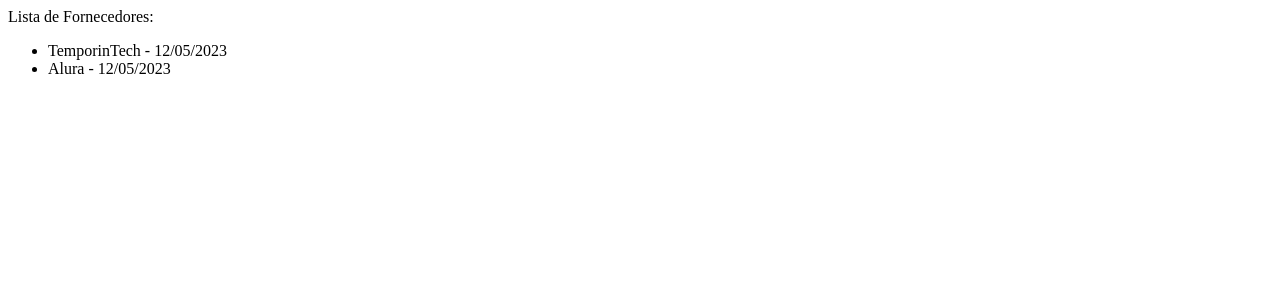
Repository: CauaneTemporin/API_CRUD_JAVA_Servlet_JSP
Page: http://localhost/gerenciador/listaEmpresas
An editor plug-in stored every save of this project. The page is shown before and after the next save, followed by the edit.
The browser window is 1280 px wide. The pictures show the whole page.
The page is served by Tomcat 9. Other server files are loaded and not shown.

Above is the page before, as saved 2023-05-15 01:32:18.

### gerenciador/src/main/webapp/ListaFornecedores.jsp
	<%@ page language="java" contentType="text/html; charset=ISO-8859-1"
		pageEncoding="ISO-8859-1"%>
	<%@ page import= "java.util.List, com.temporintech.gerenciador.servlet.Fornecedor"%>
	<%@ taglib uri="http://java.sun.com/jsp/jstl/core" prefix="c" %>
	<%@ taglib uri="http://java.sun.com/jsp/jstl/fmt" prefix="fmt" %>

	<!DOCTYPE html>
	<html>
		<head>
			<meta charset="ISO-8859-1">
			<title>Lista de Fornecedores</title>
		</head>

		<body>
			Lista de Fornecedores: </br>

			 <ul>
	        <c:forEach items="${fornecedores}" var="fornecedor">
				<li>${fornecedor.nome_fornecedor} - <fmt:formatDate value="${fornecedor.dataAbertura}" pattern="dd/MM/yyyy"/> </li>
	        </c:forEach>
	    </ul>

	    </body>
	</html>

### gerenciador/src/main/java/com/temporintech/gerenciador/servlet/ListaEmpresasServelet.java
  package com.temporintech.gerenciador.servlet;

import java.io.IOException;
import java.util.List;

import javax.servlet.RequestDispatcher;
import javax.servlet.ServletException;
import javax.servlet.annotation.WebServlet;
import javax.servlet.http.HttpServlet;
import javax.servlet.http.HttpServletRequest;
import javax.servlet.http.HttpServletResponse;

//Servlet implementation class ListaEmpresasServelet
@WebServlet("/listaEmpresas")
public class ListaEmpresasServelet extends HttpServlet {
	private static final long serialVersionUID = 1L;

	protected void doGet(HttpServletRequest request, HttpServletResponse response) throws ServletException, IOException {
		Banco banco = new Banco();
		List<Fornecedor> lista = banco.getFornecedor();
		request.setAttribute("fornecedores", lista);

		RequestDispatcher rd = request.getRequestDispatcher("/ListaFornecedores.jsp");
		rd.forward(request, response);
	}
}

### gerenciador/src/main/java/com/temporintech/gerenciador/servlet/Banco.java
package com.temporintech.gerenciador.servlet;

import java.util.ArrayList;
import java.util.List;

public class Banco {

	private static List<Fornecedor> lista = new ArrayList<>();

	static {
		Fornecedor fornecedor = new Fornecedor();
		fornecedor.setNome_fornecedor("TemporinTech");
		Fornecedor fornecedor2 = new Fornecedor();
		fornecedor2.setNome_fornecedor("Alura");
		lista.add(fornecedor);
		lista.add(fornecedor2);
	}

	public void adiciona(Fornecedor fornecedor) {
		 lista.add(fornecedor);
	}

	public List<Fornecedor> getFornecedor(){
		return Banco.lista;
	}

}

### gerenciador/src/main/java/com/temporintech/gerenciador/servlet/Fornecedor.java
package com.temporintech.gerenciador.servlet;

import java.util.Date;

import javax.xml.crypto.Data;

public class Fornecedor {

	private Integer id;
	private String nome_fornecedor;
	private Date dataAbertura = new Date();

	public Integer getId() {
		return id;
	}
	public void setId(Integer id) {
		this.id = id;
	}
	public String getNome_fornecedor() {
		return nome_fornecedor;
	}
	public void setNome_fornecedor(String nome_fornecedor) {
		this.nome_fornecedor = nome_fornecedor;
	}
	public Date getDataAbertura() {
		return dataAbertura;
	}
	public void setDataAbertura(Date dataAbertura) {
		this.dataAbertura = dataAbertura;
	}

}

After the next save:
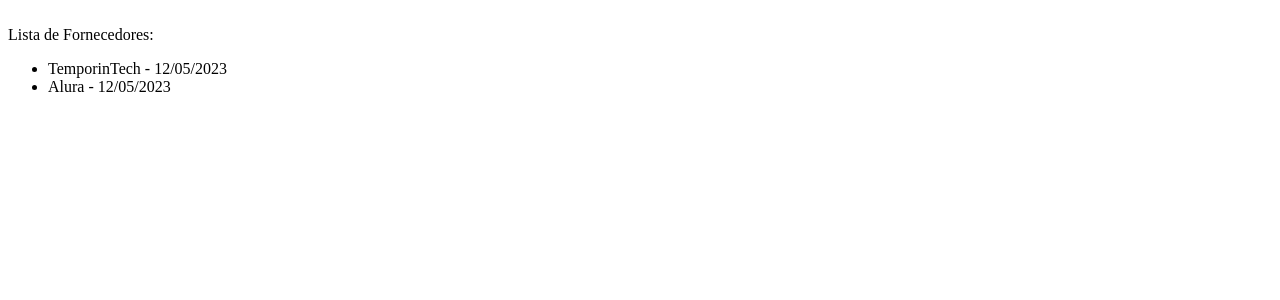
Saved 9 h 35 min later.
--- a/gerenciador/src/main/webapp/ListaFornecedores.jsp
+++ b/gerenciador/src/main/webapp/ListaFornecedores.jsp
@@ -12,6 +12,11 @@
 		</head>
 
 		<body>
+
+				<c:if test="${not empty empresa}">
+					Fornecedor ${ empresa } cadastrado com sucesso!!!
+				</c:if>
+				</br>
 			Lista de Fornecedores: </br>
 
 			 <ul>
